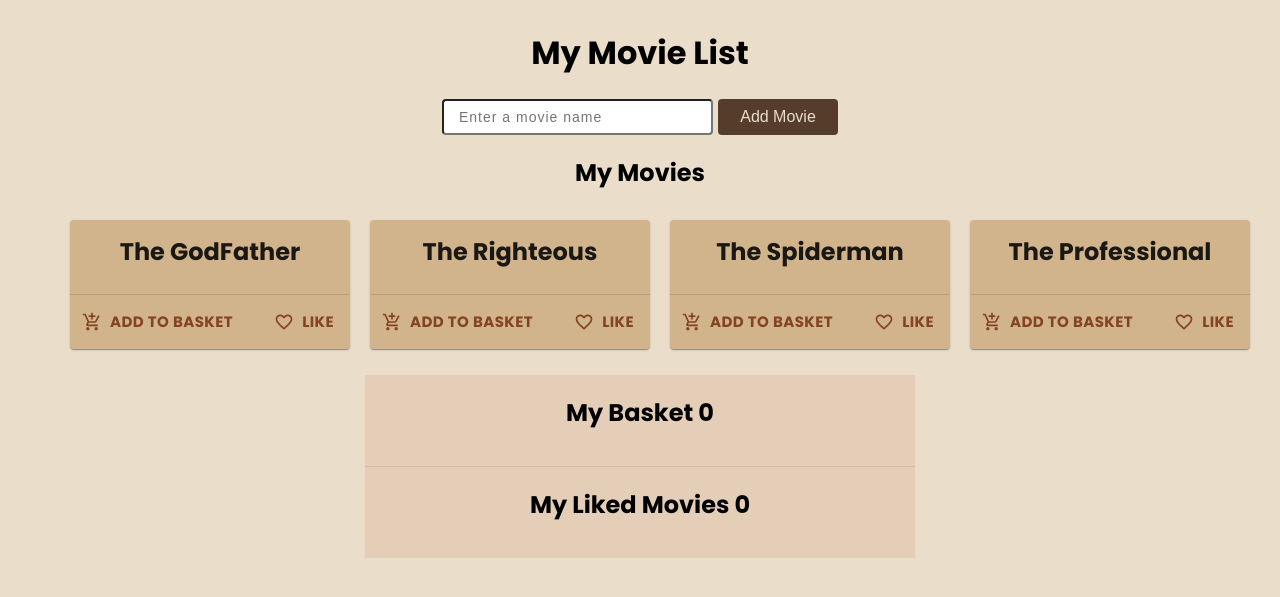
Repository: sinchana-p-iVoyant/redux-movie-store
Page: /
These files come from the project's save history. The page is drawn as it stood at one moment and after the next save; the edit follows.
The browser window is 1280 px wide. The pictures show the whole page.
The project was rebuilt for these pictures with package versions that can differ from the ones it lists, and the page was loaded fresh each time. Also part of the build but not shown: vite.config.ts.

Above is the page before, as saved 2024-02-15 13:23:02.

### index.html
<!doctype html>
<html lang="en">
  <head>
    <meta charset="UTF-8" />
    <link rel="icon" type="image/svg+xml" href="/vite.svg" />
    <meta name="viewport" content="width=device-width, initial-scale=1.0" />
    <title>Redux Movie Store</title>
  </head>
  <body>
    <div id="root"></div>
    <script type="module" src="/src/main.tsx"></script>
  </body>
</html>

### src/main.tsx
import React from 'react'
import ReactDOM from 'react-dom/client'
import App from './App.tsx'
// import './index.css'
import store from './store/index';
import { Provider } from 'react-redux'


ReactDOM.createRoot(document.getElementById('root')!).render(
  <React.StrictMode>
    <Provider store={store}>
      <App />
    </Provider>
  </React.StrictMode>,
)

### src/App.tsx
import { useState } from "react";
// import './App.css'
import { useSelector, useDispatch } from "react-redux";
import {Movie} from './store/index'
import {Card, CardComponent, CardActions, Button, Typography, CardContent} from '@mui/material'
import { Favorite, FavoriteBorder, AddShoppingCart, RemoveShoppingCart } from "@mui/icons-material";
import './App.css'

const App = () => {
  const [movieTitle, setMovieTitle] = useState("");

  // 🔥 a. To Trigger from UI.
  const dispatch = useDispatch();

  // 🔥 b. To update the UI, based on state updates in the store.

  // movies state (array)
  // const movies = useSelector(state => state.movies)
  // ------> return value: state.movies

  // Note:
  // The function passed to `useSelector` selects a slice of the state that we are interested in.
  // The function parameter specifies the `structure` of the Redux state object.
  // It's `type` annotated in TypeScript to ensure the type safety.
  // specifying the structure of the Redux state object using TypeScript type annotations enhances code quality, readability, and maintainability while providing additional safety checks and tooling support during development.

  const movies = useSelector(
    (state : {
      movies: { title: string; liked: boolean; inBasket: boolean }[];
    }) => state.movies
  );

  // const basket = useSelector((state) => state.basket);
  const basket = useSelector((state: { basket: string[] }) => state.basket);

  // const likedMovies = useSelector((state) => state.likedMovies);
  const likedMovies = useSelector((state: { likedMovies: string[] }) => state.likedMovies);


  // 4. Action Creator
  const handleAddMovie = () => {
    const newMovie = {
      title: movieTitle,
      inBasket: false,
      liked: false
    }
    dispatch({ type: "ADD_MOVIE", payload: newMovie });
    setMovieTitle(""); // Reset back to Empty String
  };

  const handleAddToBasket = (movie: string) => {
    dispatch({ type: "ADD_TO_BASKET", payload: movie });
  };
  const handleAddToLikedMovies = (movie: string) => {
    dispatch({ type: "ADD_TO_LIKED_MOVIE", payload: movie });
  };

  return (
    <div className="container">
      <div>
        <h1>My Movie List</h1>
      </div>
      <div className="add-movie">
        <input
          type="text"
          placeholder="Enter a movie name"
          value={movieTitle}
          onChange={(e) => setMovieTitle(e.target.value)}
        />
        <button className="input-btn" onClick={handleAddMovie}>Add Movie</button>
      </div>
      <div>
        <h2>My Movies</h2>
        <ul className="movie-list">
          {movies.map((movie: Movie, index) => (
            <Card key={index} className="movie-card" style={{backgroundColor: "#D2B48C"}}>
              <CardContent>
                <Typography variant="h5" component='h2' style={{ fontWeight: 'bold', fontFamily: 'Poppins, sans-serif' }}>
                  {movie.title}
                </Typography>
              </CardContent>

              <CardActions className="card-actions">
                <Button
                  style={{ color: '#844421', fontSize: '15px', fontWeight: 'bold', fontFamily: 'Poppins, sans-serif' }}
                  startIcon={movie.inBasket ? <RemoveShoppingCart /> : <AddShoppingCart />}
                  onClick={() => handleAddToBasket(movie.title)}>
                  {movie.inBasket ? "Remove From Basket" : "Add To Basket"}
                </Button>
                <Button
                  style={{ color: '#844421', fontSize: '15px', fontWeight: 'bold', fontFamily: 'Poppins, sans-serif' }}
                  startIcon={movie.liked ? <Favorite /> : <FavoriteBorder />}
                  onClick={() => handleAddToLikedMovies(movie.title)}>
                  {movie.liked ? "Dislike" : "Like"}
                </Button>
              </CardActions>

            </Card>
          ))}
        </ul>
      </div>
      <div className="basket-container">
        <h2>My Basket {basket.length}</h2>
        <ul className="basket-container-list">
          {basket.map((basket, index) => (
            <li key={index}>{basket}</li>
          ))}
        </ul>
      </div>
      <div className="liked-container">
        <h2>My Liked Movies {likedMovies.length}</h2>
        <ul className="liked-container-list">
          {likedMovies.map((likedMovie, index) => (
            <li key={index}>{likedMovie}</li>
          ))}
        </ul>
      </div>
    </div>
  );
};

export default App;

// 1. Save the new movie in the local state.
// 2. Add the new movie in local state to the Store.
// 3. Fetch the movies array, from the store

// 3. a. To display in - My Basket & My Liked Movies

### src/store/index.tsx
import { createStore } from "redux";

export type Movie = {
    title: string,
    inBasket: boolean,
    liked: boolean
}

export type State = {
    movies: Movie[],
    basket: string[],
    likedMovies: string[]
}

type Action =
  | { type: "ADD_MOVIE"; payload: Movie } |
    { type: 'ADD_TO_BASKET', payload: string } |
    { type: "ADD_TO_LIKED_MOVIE", payload: string };

// InitialState
const initialState: State = {
    movies: [
      {title: 'The GodFather', inBasket: false, liked: false},
      {title: 'The Righteous', inBasket: false, liked: false},
      {title: 'The Spiderman', inBasket: false, liked: false},
      {title: 'The Professional', inBasket: false, liked: false},
    ],
    basket: [],
    likedMovies: []
}

// Reducers - Make Immutable Updates
const reducer = (state: State = initialState, action: Action): State => {
  switch (action.type) {
    case 'ADD_MOVIE':
      return {
        ...state,
        movies: [...state.movies, action.payload]
      }
    case 'ADD_TO_BASKET':
      return {
        ...state,
          movies: state.movies.map(movie => movie.title === action.payload ? {...movie, inBasket: !movie.inBasket } : movie),
        basket: state.basket.includes(action.payload) ? state.basket.filter(movie => movie !== action.payload) : [...state.basket, action.payload]
      }
    case 'ADD_TO_LIKED_MOVIE':
      return {
        ...state,
        movies: state.movies.map(movie => movie.title === action.payload ? {...movie, liked: !movie.liked} : movie) ,
        likedMovies: state.likedMovies.includes(action.payload) ? state.likedMovies.filter(movie => movie !== action.payload) :  [...state.likedMovies, action.payload]
      }
    default:
      return state
  }
}

// Store
const store = createStore(reducer)
export default store

// 1. State
// 2. Reducer
// 3. Store

### src/App.css
@import url('https://fonts.googleapis.com/css2?family=Poppins:ital,wght@0,100;0,200;0,300;0,400;0,500;0,600;0,700;0,800;0,900;1,100;1,200;1,300;1,400;1,500;1,600;1,700;1,800;1,900&display=swap');

body {
  background-color: #EADDCA;
  font-family: "Poppins", sans-serif;
}

h1, h2{
  text-align: center;
}

.container {
  display: flex;
  flex-direction: column;
  align-items: center;
  justify-content: center;
}

.movie-list {
  display: flex;
  flex-wrap: wrap;
  justify-content: center;
}

.movie-card {
  width: 280px;
  margin: 10px;
}

.card-content {
  padding: 16px;
  font-family: "Poppins", sans-serif;
}

.card-actions {
  margin-top: 10px;
  border-top: 1px solid rgba(0, 0, 0, 0.119);
  display: flex;
  justify-content: space-between;
}

/* .btn {
  color: black;
  font-size: 15px;
  font-weight: bold;
} */
.buttonHover:hover {
  background-color: #e0e0e0;
}

/* --- */

input {
  height: 30px;
  width: 250px;
  padding-left: 15px;
  font-size: 14px;
  letter-spacing: 1px;
  border-radius: 4px;
}

.input-btn{
  height: 36px;
  width: 120px;
  font-size: 16px;
  background-color: #553c2b;
  border: none;
  color: #EADDCA;
  margin-left: 5px;
  border-radius: 4px;

}

.input-btn:hover{
  background-color: #ad9a82;
  color: #261509 ;

}

/* ------------------- */

.basket-container, .liked-container {
  background-color: #c2805c2a;
  width: 550px;
  /* text-align: center; */
}

.basket-container>h2, .liked-container>h2 {

}

.basket-container {
  border-bottom: 1px solid rgba(0, 0, 0, 0.085);
}

.basket-container-list, .liked-container-list {
  /* text-align: left; */
  display: flex;
  flex-direction: column;
  justify-content: center;
  align-items: left;

  margin-left: 180px;
}





/* #root {
  max-width: 1280px;
  margin: 0 auto;
  padding: 2rem;
  text-align: center;
} */

/*
.logo {
  height: 6em;
  padding: 1.5em;
  will-change: filter;
  transition: filter 300ms;
}
.logo:hover {
  filter: drop-shadow(0 0 2em #646cffaa);
}
.logo.react:hover {
  filter: drop-shadow(0 0 2em #61dafbaa);
}

@keyframes logo-spin {
  from {
    transform: rotate(0deg);
  }
  to {
    transform: rotate(360deg);
  }
}

@media (prefers-reduced-motion: no-preference) {
  a:nth-of-type(2) .logo {
    animation: logo-spin infinite 20s linear;
  }
}

.card {
  padding: 2em;
}

.read-the-docs {
  color: #888;
} */

/* ------------------------- */

After the next save:
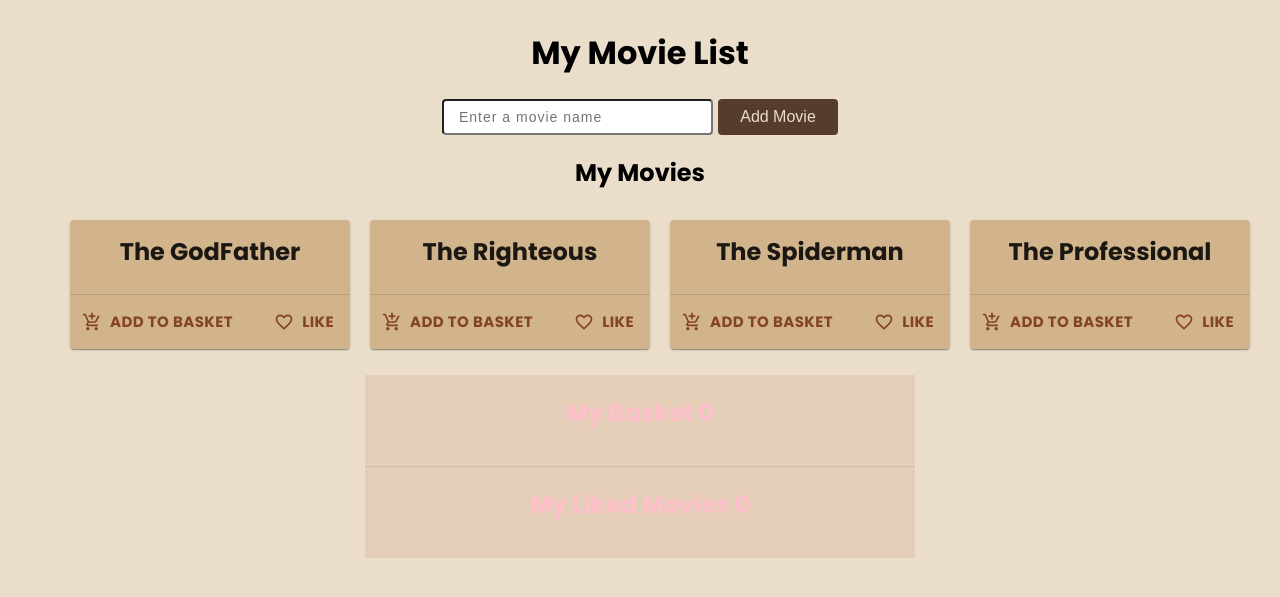
Saved 5 s later.
--- a/src/App.css
+++ b/src/App.css
@@ -86,7 +86,7 @@ input {
 }
 
 .basket-container>h2, .liked-container>h2 {
-
+  color: pink;
 }
 
 .basket-container {
